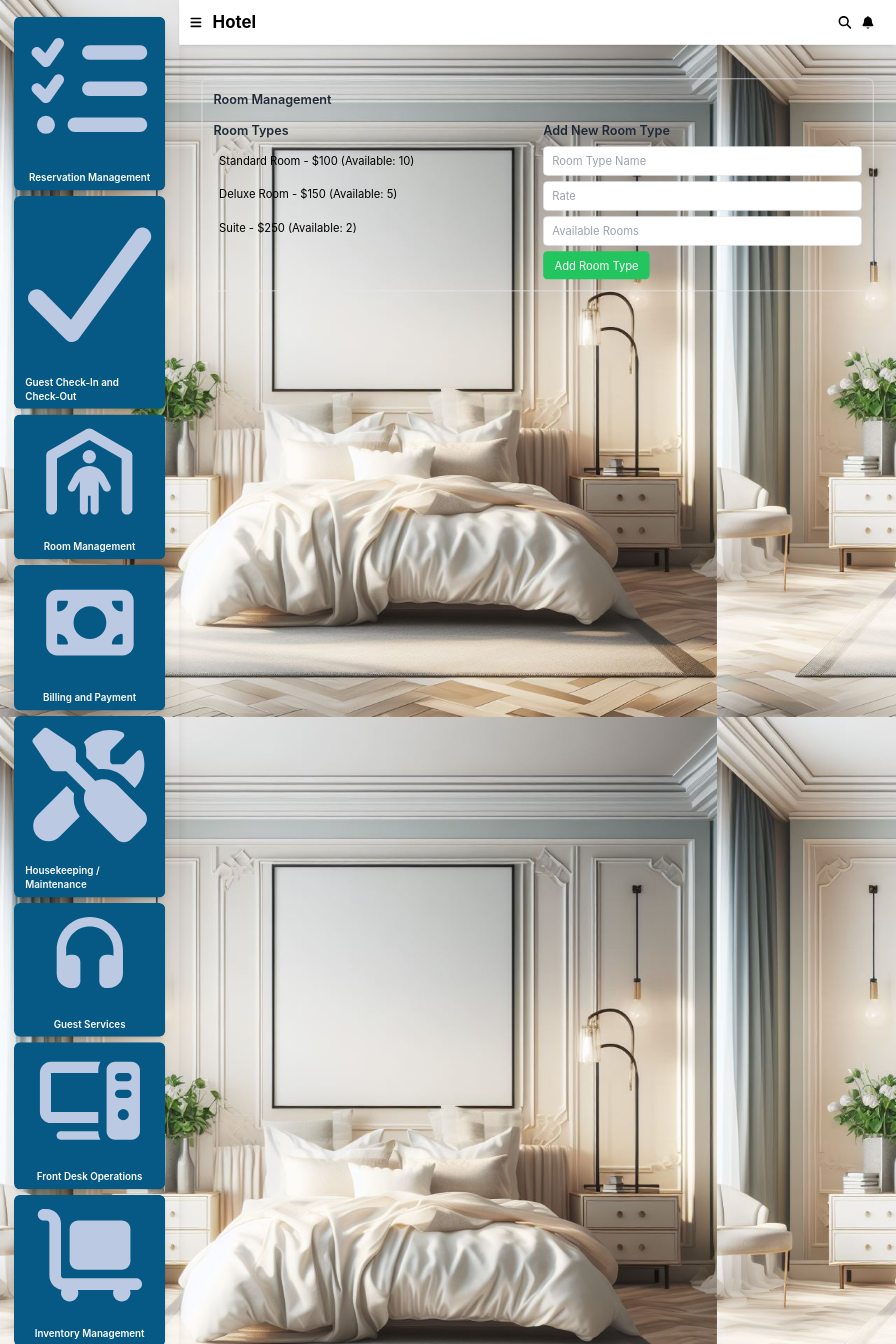
Repository: musabismael/Hotel
Page: /room_management
An editor plug-in stored every save of this project. The page is shown before and after the next save, followed by the edit.
The browser window is 1280 px wide. The pictures show the part of the page from y = 0 to 1920 px (the page is 3016 px tall), at 70% of full size.
The project was rebuilt for these pictures with package versions that can differ from the ones it lists, and the page was loaded fresh each time. Also part of the build but not shown: vite.config.js, src/App.css, src/pages/ReservationManagement.jsx, src/pages/GuestCheckInOut.jsx, src/pages/BillingPayment.jsx, src/pages/HousekeepingMaintenance.jsx, src/pages/GuestServices.jsx, src/pages/FrontDeskOperations.jsx and 5 more.

Above is the page before, as saved 2023-10-01 17:33:08.

After the next save:
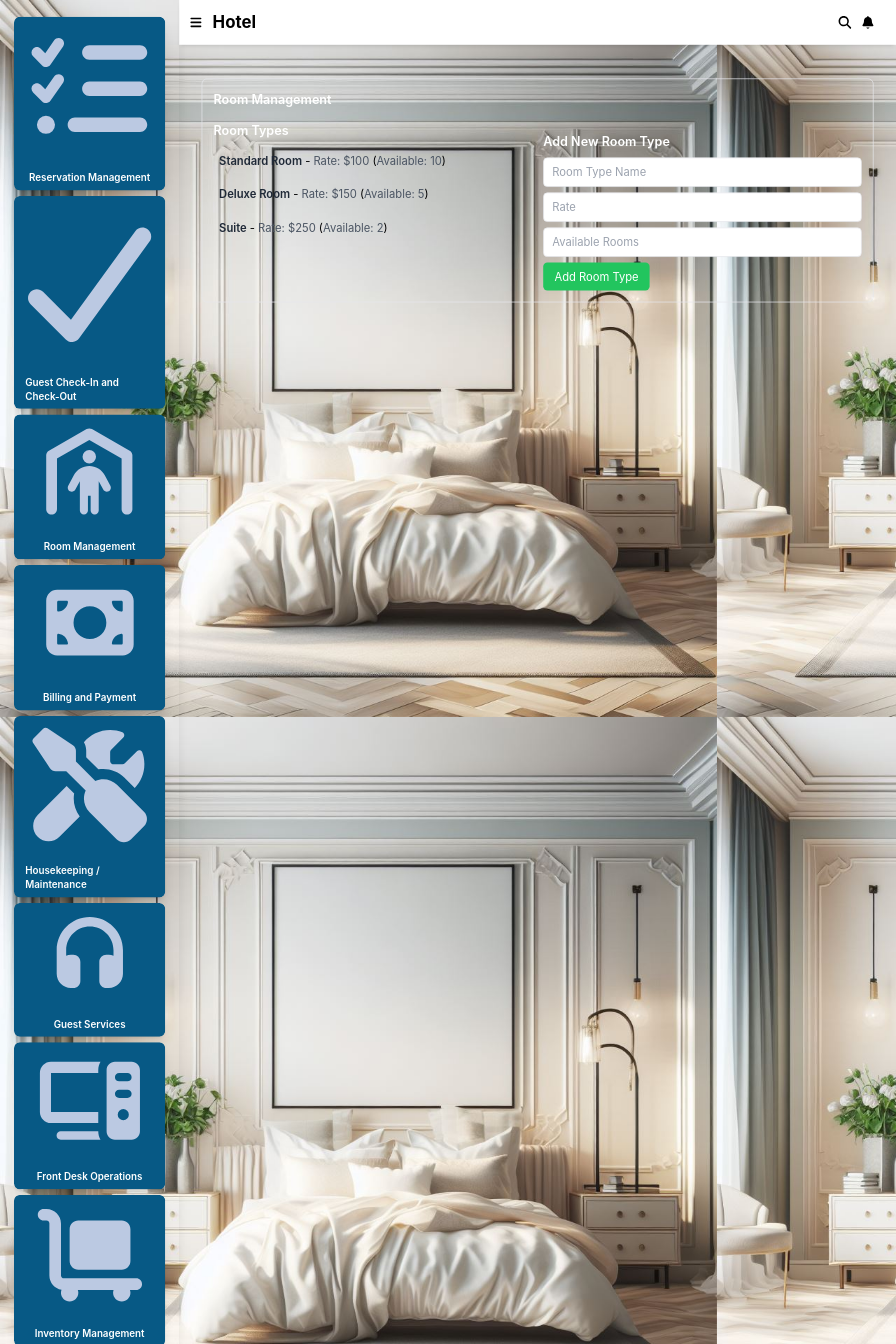
Saved 2 min 0 s later.
--- a/src/pages/RoomManagement.jsx
+++ b/src/pages/RoomManagement.jsx
@@ -9,9 +9,11 @@ const RoomManagement = () => {
 
   const [selectedRoomType, setSelectedRoomType] = useState(null);
   const [newRoomType, setNewRoomType] = useState({ name: '', rate: '', available: '' });
+  const [isEditing, setIsEditing] = useState(false);
 
   const handleRoomTypeClick = (roomType) => {
     setSelectedRoomType(roomType);
+    setIsEditing(false);
   };
 
   const handleAddRoomType = () => {
@@ -30,13 +32,29 @@ const RoomManagement = () => {
     }
   };
 
+  const handleEditRoomType = () => {
+    setIsEditing(true);
+  };
+
+  const handleUpdateRoomType = () => {
+    // Update the selected room type with new data
+    if (selectedRoomType) {
+      const updatedRoomTypes = roomTypes.map((room) =>
+        room.id === selectedRoomType.id ? { ...room, ...newRoomType } : room
+      );
+      setRoomTypes(updatedRoomTypes);
+      setSelectedRoomType(null);
+      setIsEditing(false);
+    }
+  };
+
   return (
     <div className="container mx-auto p-4">
       <div className="my-4 p-4 border rounded-lg">
-        <h2 className="text-lg text-gray-800 font-semibold mb-4">Room Management</h2>
+        <h2 className="text-lg text-white font-semibold mb-4">Room Management</h2>
         <div className="grid grid-cols-2 gap-4">
           <div>
-            <h3 className="text-lg text-gray-800 font-semibold mb-2">Room Types</h3>
+            <h3 className="text-lg text-white font-semibold mb-2">Room Types</h3>
             <ul className="space-y-2">
               {roomTypes.map((roomType) => (
                 <li
@@ -48,13 +66,80 @@ const RoomManagement = () => {
                   } p-2 rounded-lg`}
                   onClick={() => handleRoomTypeClick(roomType)}
                 >
-                  {roomType.name} - ${roomType.rate} (Available: {roomType.available})
+                  <span className="text-gray-800 font-semibold">{roomType.name}</span> -{' '}
+                  <span className="text-gray-600">Rate: ${roomType.rate}</span> (
+                  <span className="text-gray-600">Available: {roomType.available}</span>)
                 </li>
               ))}
             </ul>
           </div>
           <div>
-            <h3 className="text-lg text-gray-800 font-semibold mb-2">Add New Room Type</h3>
+            {selectedRoomType && (
+              <>
+                <h3 className="text-lg text-white font-semibold mb-2">
+                  {isEditing ? 'Edit Room Type' : 'Selected Room Type'}
+                </h3>
+                <div className="mb-2">
+                  <input
+                    type="text"
+                    placeholder="Room Type Name"
+                    className="w-full border rounded-md py-2 px-3"
+                    value={isEditing ? newRoomType.name : selectedRoomType.name}
+                    onChange={(e) => setNewRoomType({ ...newRoomType, name: e.target.value })}
+                    readOnly={!isEditing}
+                  />
+                </div>
+                <div className="mb-2">
+                  <input
+                    type="number"
+                    placeholder="Rate"
+                    className="w-full border rounded-md py-2 px-3"
+                    value={isEditing ? newRoomType.rate : selectedRoomType.rate}
+                    onChange={(e) => setNewRoomType({ ...newRoomType, rate: e.target.value })}
+                    readOnly={!isEditing}
+                  />
+                </div>
+                <div className="mb-2">
+                  <input
+                    type="number"
+                    placeholder="Available Rooms"
+                    className="w-full border rounded-md py-2 px-3"
+                    value={isEditing ? newRoomType.available : selectedRoomType.available}
+                    onChange={(e) =>
+                      setNewRoomType({ ...newRoomType, available: e.target.value })
+                    }
+                    readOnly={!isEditing}
+                  />
+                </div>
+                {isEditing ? (
+                  <button
+                    type="button"
+                    className="bg-green-500 text-white py-2 px-4 rounded-md"
+                    onClick={handleUpdateRoomType}
+                  >
+                    Update Room Type
+                  </button>
+                ) : (
+                  <>
+                    <button
+                      type="button"
+                      className="bg-red-500 text-white py-2 px-4 rounded-md"
+                      onClick={handleDeleteRoomType}
+                    >
+                      Delete Room Type
+                    </button>
+                    <button
+                      type="button"
+                      className="bg-blue-500 text-white py-2 px-4 rounded-md ml-2"
+                      onClick={handleEditRoomType}
+                    >
+                      Edit Room Type
+                    </button>
+                  </>
+                )}
+              </>
+            )}
+            <h3 className="text-lg text-white font-semibold mt-4 mb-2">Add New Room Type</h3>
             <div className="mb-2">
               <input
                 type="text"
@@ -91,27 +176,6 @@ const RoomManagement = () => {
             </button>
           </div>
         </div>
-        {selectedRoomType && (
-          <div className="mt-4">
-            <h3 className="text-lg text-gray-800 font-semibold mb-2">Selected Room Type</h3>
-            <div className="mb-2">
-              <p>Name: {selectedRoomType.name}</p>
-            </div>
-            <div className="mb-2">
-              <p>Rate: ${selectedRoomType.rate}</p>
-            </div>
-            <div className="mb-2">
-              <p>Available: {selectedRoomType.available}</p>
-            </div>
-            <button
-              type="button"
-              className="bg-red-500 text-white py-2 px-4 rounded-md"
-              onClick={handleDeleteRoomType}
-            >
-              Delete Room Type
-            </button>
-          </div>
-        )}
       </div>
     </div>
   );
